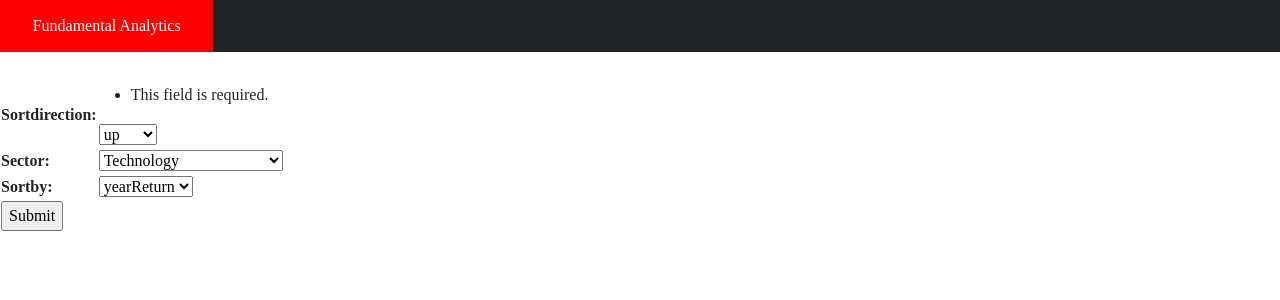
Repository: brendan12372/theSite
Page: http://localhost/
These files come from the project's save history. The page is drawn as it stood at one moment and after the next save; the edit follows.
The browser window is 1280 px wide. The pictures show the whole page.
The page is served by the project's application, run on Django 4.2 (manage.py). Queries for data that is not in the repository find no rows.

Above is the page before, as saved 2022-03-18 13:48:43.

After the next save:
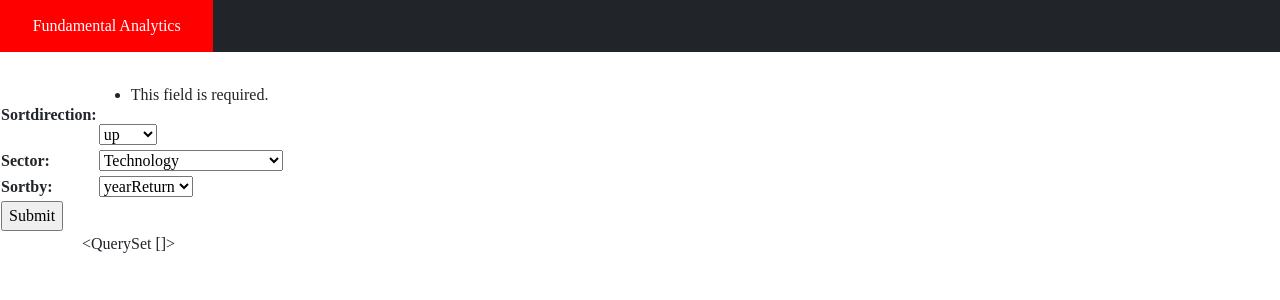
Saved 10 s later.
--- a/stocks/templates/test3.html
+++ b/stocks/templates/test3.html
@@ -41,7 +41,7 @@
 
 
     <div class="container">
-        {{ data.yearReturn }}
+        {{ data }}
         <table>
             <tbody>
                 {% for key,val in data.items %}

After the 4 saves that followed:
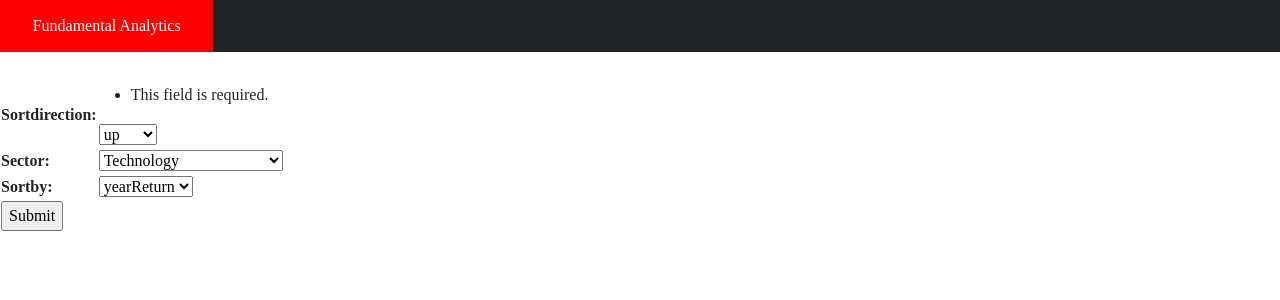
The 4 saves are shown as one change because 2 did not build or start and 1 left the picture as it was.
The last was saved 3 min 27 s later.
--- a/stocks/templates/test3.html
+++ b/stocks/templates/test3.html
@@ -41,7 +41,7 @@
 
 
     <div class="container">
-        {{ data }}
+
         <table>
             <tbody>
                 {% for key,val in data.items %}
--- a/stocks/views.py
+++ b/stocks/views.py
@@ -35,7 +35,7 @@ def stocks_list2(request):
         print(serializer)
         context={
             "form":form,
-            "data":  serializer.data
+            "data":  serializer.data[0]
             }
 
 
